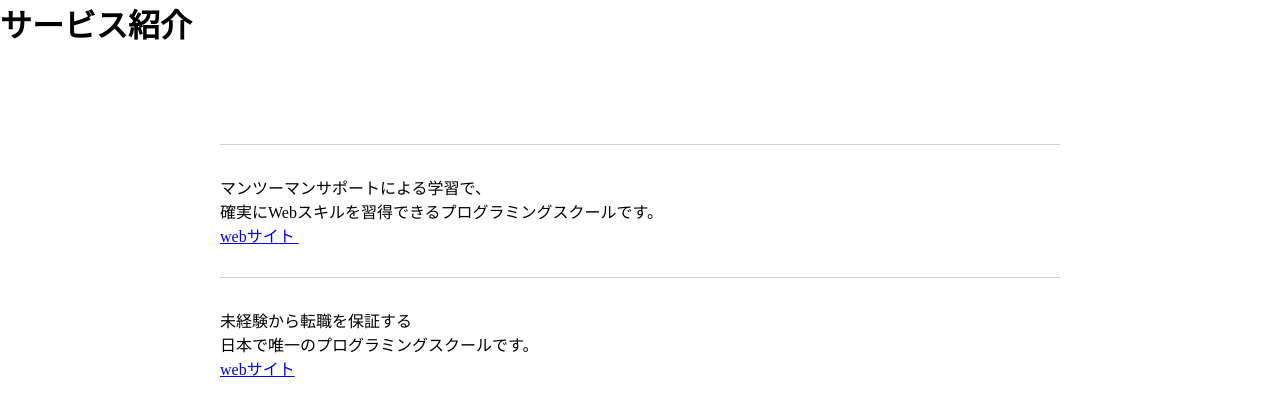
Repository: yesohnuki/shinya-ohnuki
Page: caravan/7.html
The author's editor kept a record of every edit. The page is drawn from the files as they stood at one moment, then again after the next edit.
The browser window is 1280 px wide. The pictures show the whole page.

Above is the page before.

### caravan/7.html
<!DOCTYPE html>
<html lang="ja">
  <head>
    <meta charset="UTF-8" />
    <link rel="stylesheet" href="7.css" />
    <title>CARAVAN</title>
  </head>

  <body>
    <main-visual>
      <h1 class="">
        サービス紹介
      </h1>
    </headline>

    <main>
      <img class="wc=logo.png"></img>
      <div class="service1"></div>
      マンツーマンサポートによる学習で、<br>
      確実にWebスキルを習得できるプログラミングスクールです。</br>
      <a href="index.html">
          webサイト
        </a>
        <img class="wc-iong.png"></img>
        <div class="service2"></div>
        未経験から転職を保証する<br>
        日本で唯一のプログラミングスクールです。</br>
        <a href="index.html">
          webサイト
    </main>

### caravan/7.css
* {
  margin: 0;
  padding: 0;
  box-sizing: border-box;
}

.main-visual {
  height: 400px;
  width: 100%;
  background-image: url(img/mv.jpg);
  background-size: cover;
  background-position: bottom;
}

.headline {
  padding: 20px;
}

main {
  width: 840px;
  margin: 50px auto;
}

.service1 {
  margin-bottom: 30px;
  border-bottom: 1px solid #d1d1d1;
  padding-bottom: 30px;
}

.service2 {
  margin-bottom: 30px;
  border-bottom: 1px solid #d1d1d1;
  padding-bottom: 30px;
}

.service3 {
  margin-bottom: 30px;
  border-bottom: 1px solid #d1d1d1;
  padding-bottom: 30px;
}

.service4 {
  border-bottom: 1px solid #d1d1d1;
  padding-bottom: 30px;
}

After the next edit:
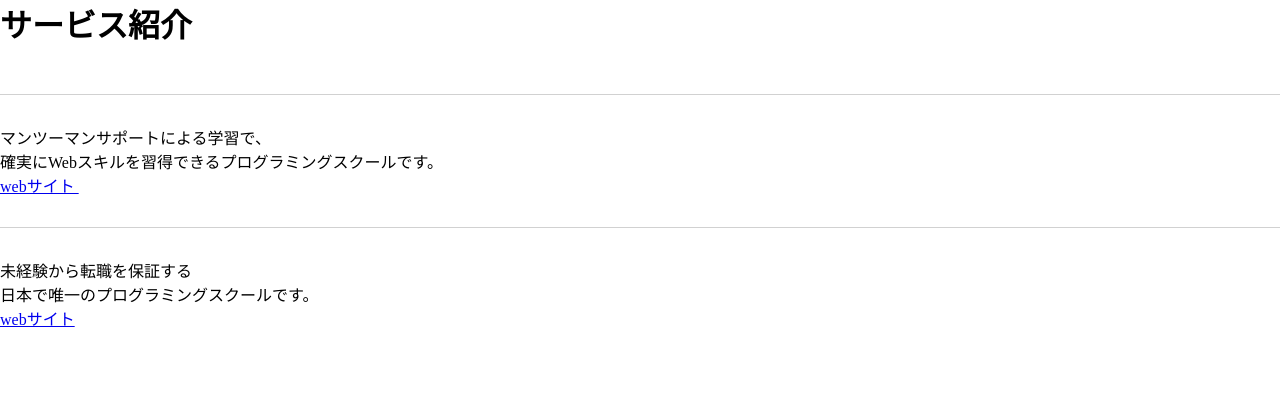
The edit:
--- a/caravan/7.html
+++ b/caravan/7.html
@@ -11,7 +11,7 @@
       <h1 class="">
         サービス紹介
       </h1>
-    </headline>
+    </headlinemain-visual
 
     <main>
       <img class="wc=logo.png"></img>
